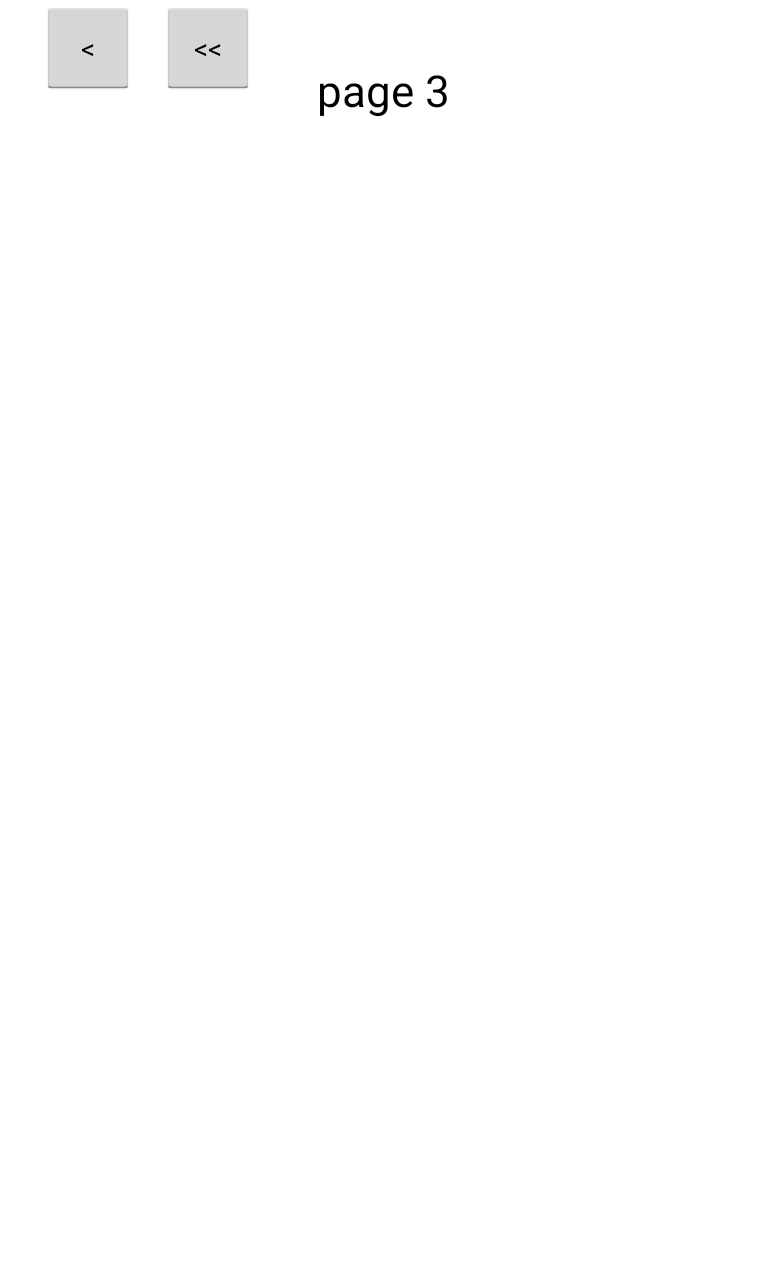
Repository: cho15255/Android-Test
Layout: ApplicationActivity/res/layout/page_3.xml
The author's editor kept a copy of each file at every save. The layout is drawn from the files as they stood at one save, then again after the next save.
It is drawn on a 768 x 1280 px phone screen (xhdpi) without system bars, with theme AppTheme; the app's code is not run.

Above is the layout before, as saved 2013-05-14 20:49:58.

After the next save:
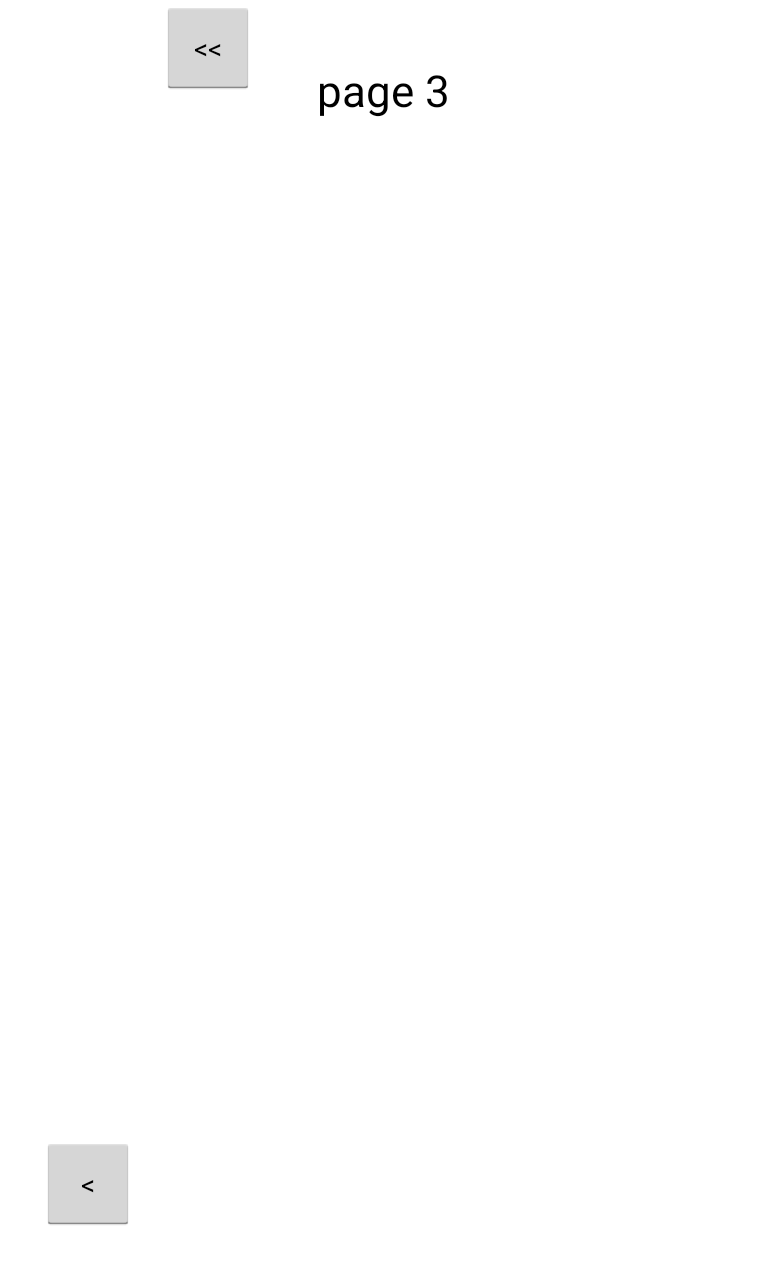
Saved 35 s later.
--- a/ApplicationActivity/res/layout/page_3.xml
+++ b/ApplicationActivity/res/layout/page_3.xml
@@ -18,6 +18,8 @@
         style="?android:attr/buttonStyleSmall"
         android:layout_width="wrap_content"
         android:layout_height="wrap_content"
+        android:layout_alignParentBottom="true"
+        android:layout_alignParentLeft="true"
         android:layout_marginBottom="24dp"
         android:layout_marginLeft="20dp"
         android:text="@string/button_back" />
